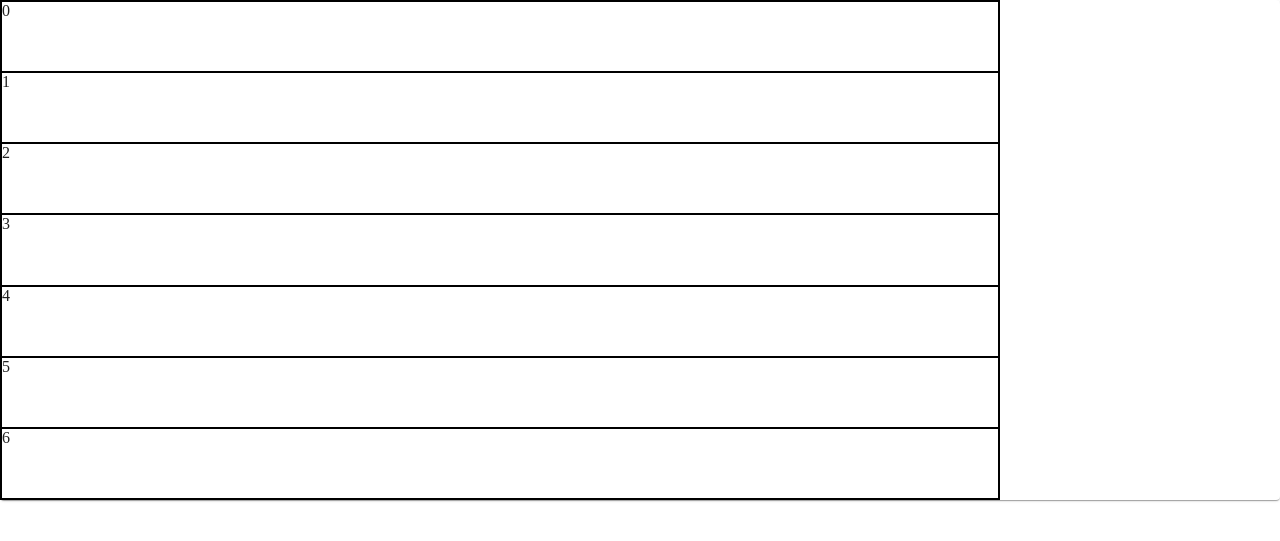
Repository: crittelmeyer/bacon
Page: /
The author's editor kept a copy of each file at every save. The page is drawn from the files as they stood at one save, then again after the next save.
The browser window is 1280 px wide. The pictures show the whole page.
The project was rebuilt for these pictures with package versions that can differ from the ones it lists, and the page was loaded fresh each time. Requests to the local data server were answered from the project's data file. Also part of the build but not shown: src/components/Section.jsx, src/components/Grid.jsx, src/components/Row.jsx, src/utils/getColWidth.js, src/components/Col.jsx, src/components/Headings.jsx, src/containers/RepositoryList.jsx, src/containers/RepositorySection.jsx and 1 more.

Above is the page before, as saved 2019-12-02 15:31:01.

After the next save:
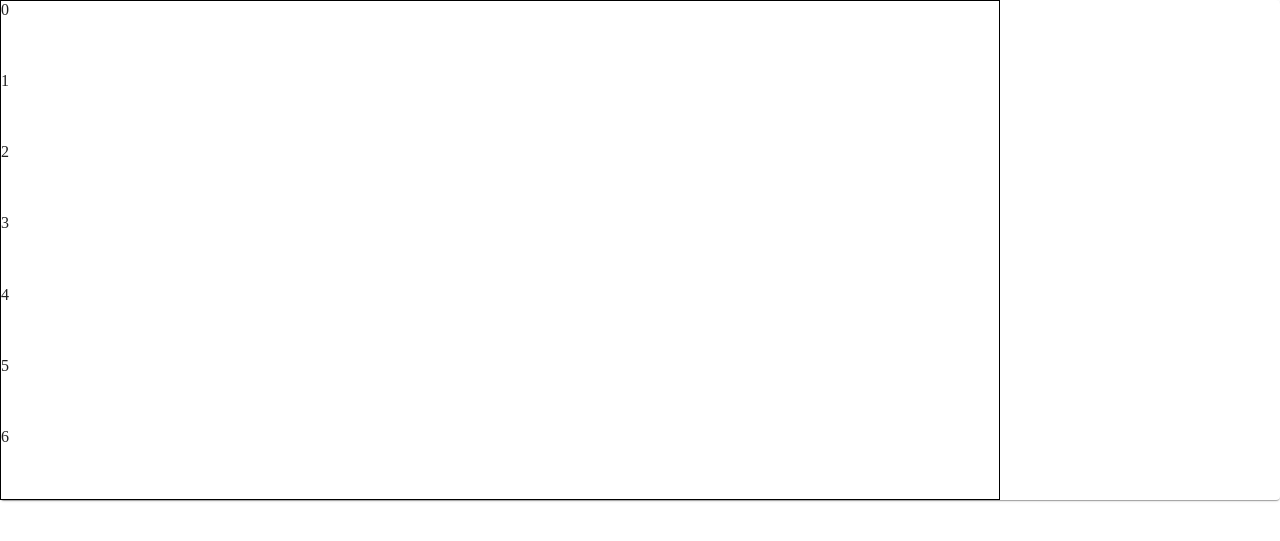
Saved 4 s later.
--- a/src/components/BaconGraph/BaconGraph.jsx
+++ b/src/components/BaconGraph/BaconGraph.jsx
@@ -16,7 +16,6 @@
     width: GRAPH_WIDTH,
   },
   nodeLevel: ({ levelCount }) => ({
-    border: 'solid black 1px',
     display: 'flex',
     flexDirection: 'row',
     height: GRAPH_HEIGHT / levelCount,
